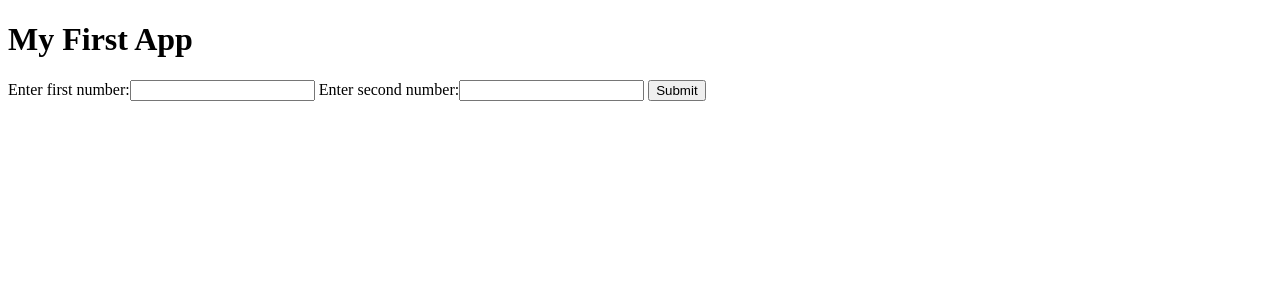
Repository: amanopyadav/WebAppDemo
Page: FirstWebApp/src/main/webapp/index.html
The author's editor kept a copy of each file at every save. The page is drawn from the files as they stood at one save, then again after the next save.
The browser window is 1280 px wide. The pictures show the whole page.

Above is the page before, as saved 2023-08-21 04:39:20.

### FirstWebApp/src/main/webapp/index.html
<!DOCTYPE html>
<html>
<head>
<meta charset="ISO-8859-1">
<title>WEBAPP</title>
</head>
<body>
	<h1>My First App</h1>

	<form>
		Enter first number:<input type ="text"/><cbr>
			Enter second number:<input type="text"/><cbr>
				<input type="submit"/>
</body>
</html>

After the next save:
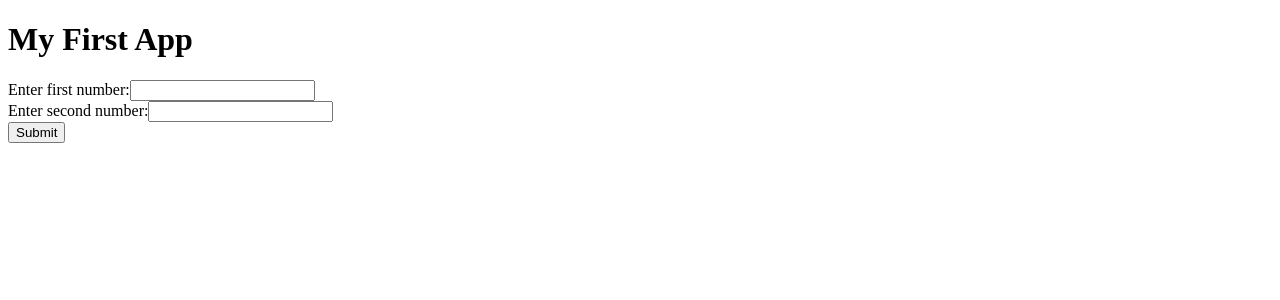
Saved 27 s later.
--- a/FirstWebApp/src/main/webapp/index.html
+++ b/FirstWebApp/src/main/webapp/index.html
@@ -8,8 +8,9 @@
 	<h1>My First App</h1>
 
 	<form>
-		Enter first number:<input type ="text"/><cbr>
-			Enter second number:<input type="text"/><cbr>
+		Enter first number:<input type ="text"/><br>
+			Enter second number:<input type="text"/><br>
 				<input type="submit"/>
+				<form>
 </body>
 </html>
